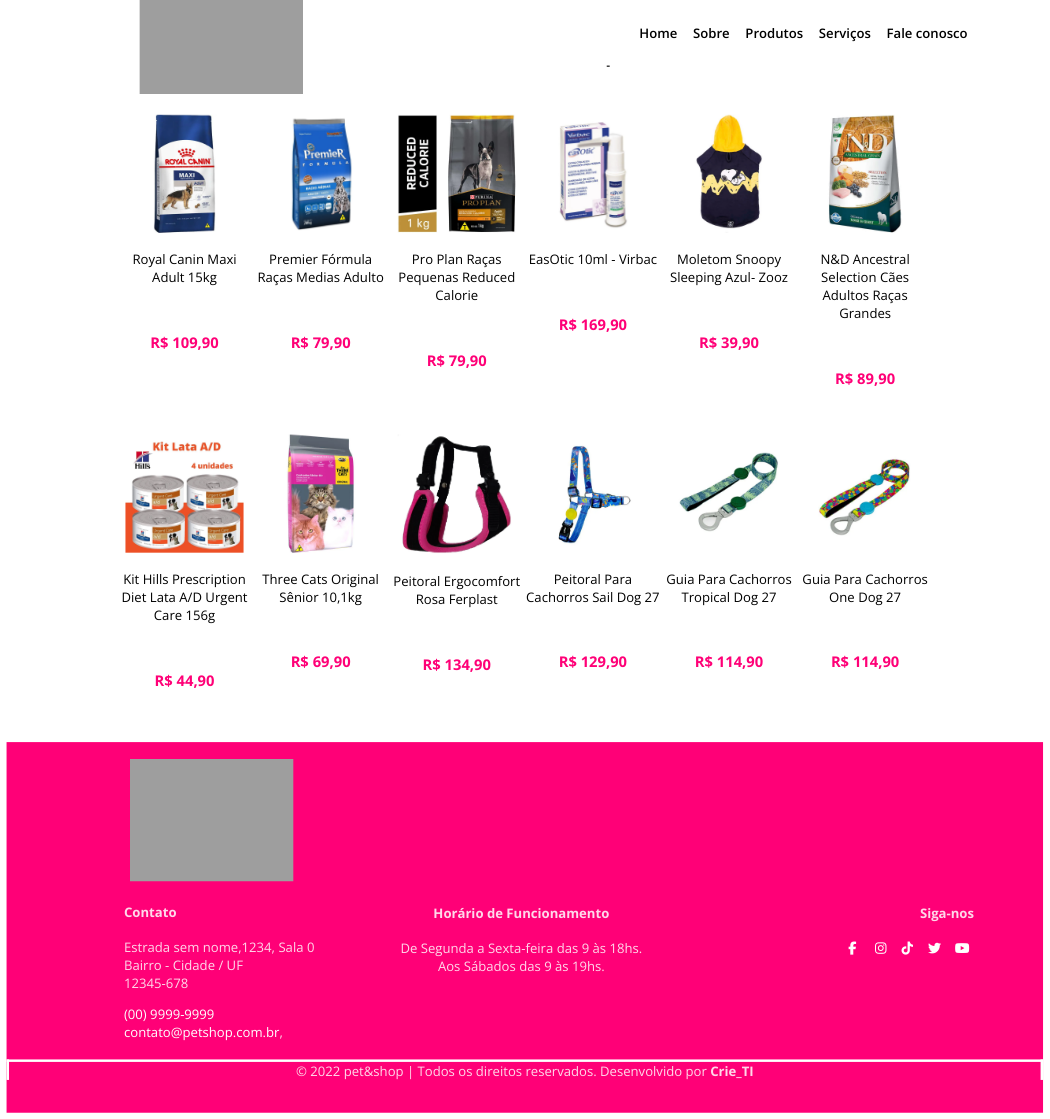
Repository: Iluiscarlos/Projeto-Site-PetShop
Page: products.html
These files come from the project's save history. The page is drawn as it stood at one moment and after the next save; the edit follows.
The browser window is 1280 px wide. The pictures show the whole page, at 82% of full size.
Pictures or frames that could not be fetched are drawn as grey boxes. Some web libraries are served in a nearby version.

Above is the page before, as saved 2022-04-24 20:03:07.

After the next save:
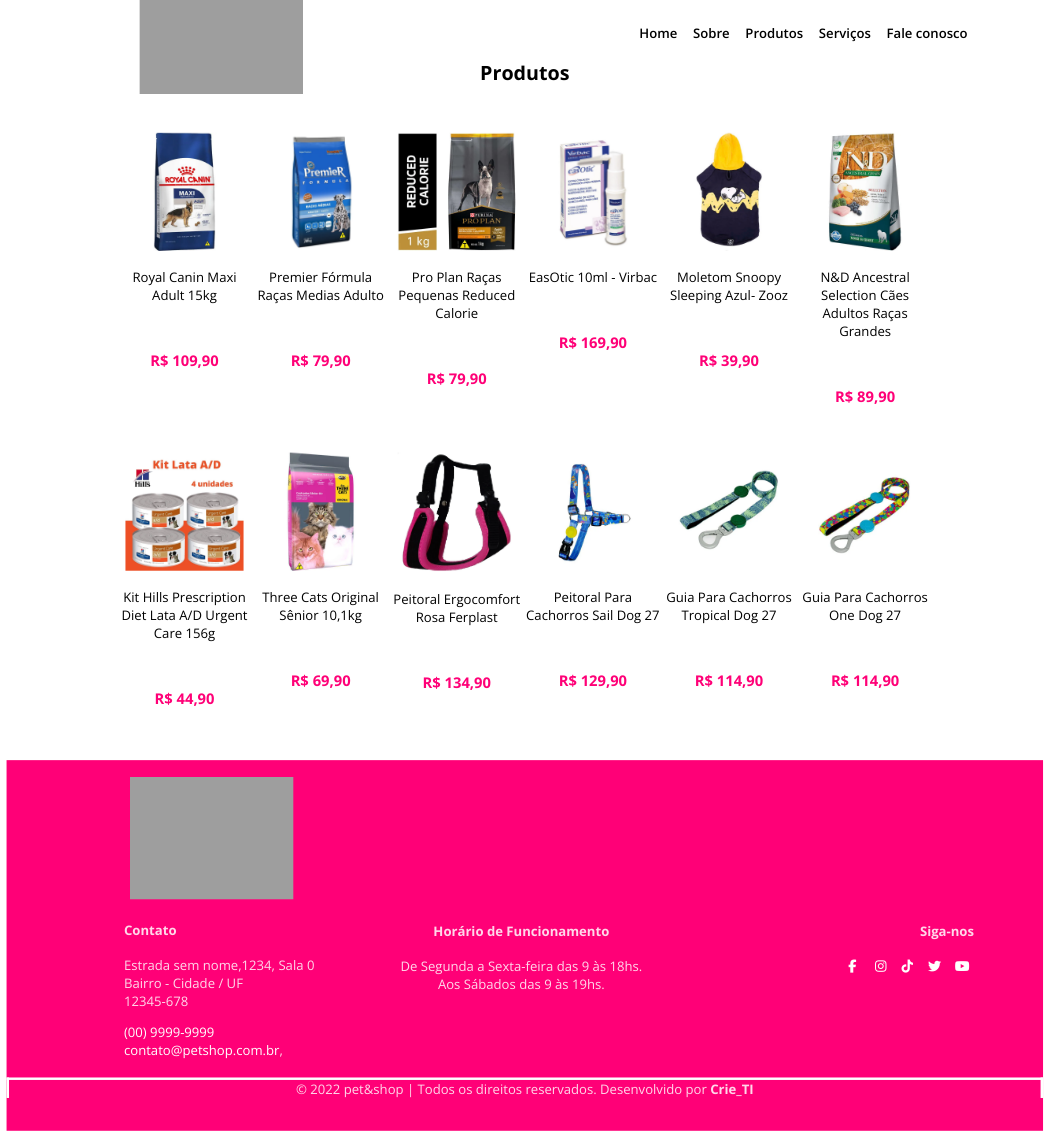
Saved 60 s later.
--- a/products.html
+++ b/products.html
@@ -237,8 +237,9 @@
     </nav>
     </header>
     <br/>
+    <br/>
     <section class="products" id="products">
-      <h2>Produtos em destaque</h2>
+      <h2>Produtos</h2>
       <div class="container-products">
         <br/>
         <div class="column-products">
